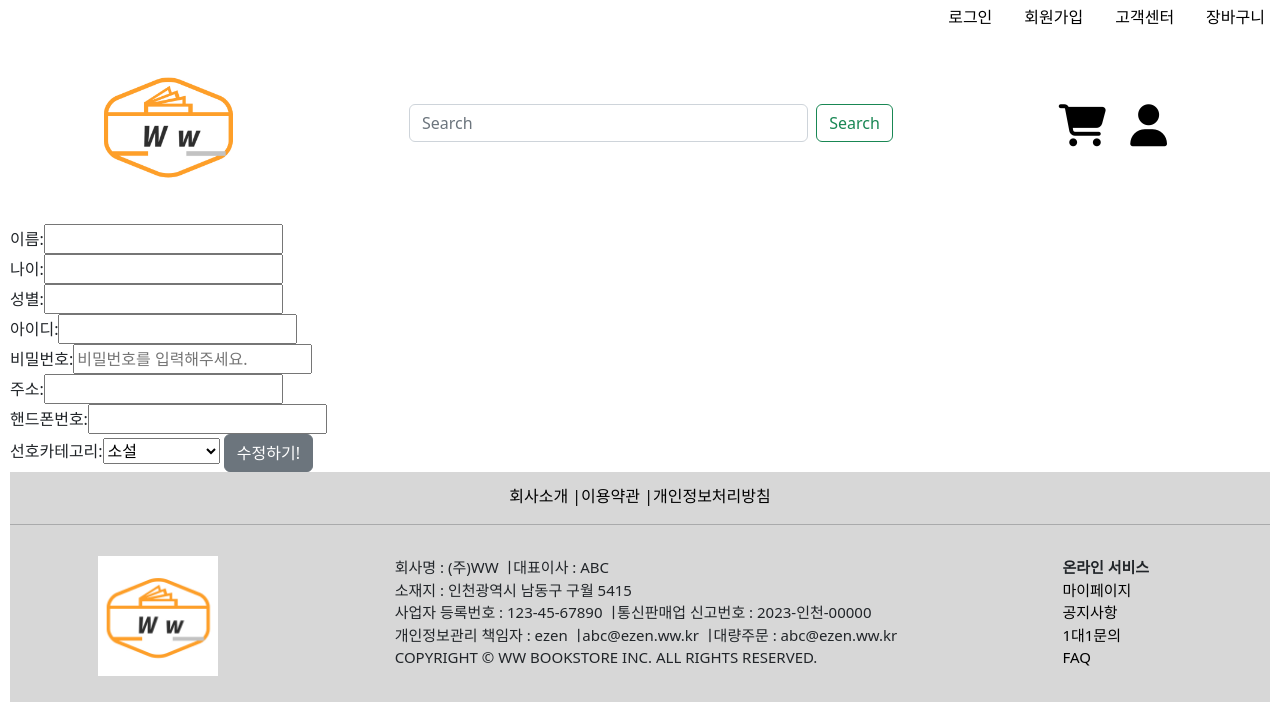
Repository: leehyeonung/project6
Page: http://localhost/book/WEB-INF/views/member/modify.jsp
An editor plug-in stored every save of this project. The page is shown before and after the next save, followed by the edit.
The browser window is 1280 px wide. The pictures show the whole page.
Some web libraries are served in a nearby version. The page is served by Tomcat 9. Nobody is signed in. Other server files are loaded and not shown. The template is opened directly, without the code that normally fills it, so the values that code supplies are empty.

Above is the page before, as saved 2023-01-07 08:01:30.

### book/src/main/webapp/WEB-INF/views/member/modify.jsp
<%@ page language="java" contentType="text/html; charset=UTF-8"
    pageEncoding="UTF-8"%>
<%@ taglib uri="http://java.sun.com/jsp/jstl/core" prefix="c"%>
<!DOCTYPE html>
<html>

<head>
<style type="text/css">
.pw_ok{
color:#008000;
display: none;
}

.pw_rewrite{
color:#ff0000;
display: none;
}
.pw_null{
color:#ff0000;
display: none;
}
</style>

<meta charset="UTF-8">
<!-- CSS only -->
<link href="https://cdn.jsdelivr.net/npm/bootstrap@5.2.2/dist/css/bootstrap.min.css"
rel="stylesheet" integrity="sha384-Zenh87qX5JnK2Jl0vWa8Ck2rdkQ2Bzep5IDxbcnCeuOxjzrPF/et3URy9Bv1WTRi"
crossorigin="anonymous">
<script src="https://kit.fontawesome.com/92e616dfba.js" crossorigin="anonymous"></script>

<title>수정페이지</title>
<link rel="stylesheet" type="text/css" href="/resources/css/main.css">
</head>
<body>
<jsp:include page="../layout/header.jsp"></jsp:include>
<div class="main">
	<form action="/mem/modify" method="post">
		<input type="text" name="mem_num" value="${ses.mem_num}" hidden ><br>
		이름:<input type="text" name="mem_name" value="${ses.mem_name}" readonly ><br>
		나이:<input type="text" name="mem_age" value="${ses.mem_age}" readonly ><br>
		성별:<input type="text" name="mem_gender" value="${ses.mem_gender}" readonly ><br>
		아이디:<input type="text" name="mem_id" value="${ses.mem_id}" readonly ><br>
		비밀번호:<input type="password" name="mem_pw" id="mem_pw" onchange="checkPw()" placeholder="비밀번호를 입력해주세요." required ><br>
		<span class="pw_ok"><i class="fa-solid fa-check"></i></span>
                           <span class="pw_rewrite"><i class="fa-solid fa-x"></i></span>
                           <span class="pw_null"><i class="fa-solid fa-x"></i></span>
		주소:<input type="text" name="mem_ad" value="${ses.mem_ad}" ><br>
		핸드폰번호:<input type="text" name="mem_cell_num" value="${ses.mem_cell_num}" ><br>
		선호카테고리:<select name="mno_cno">
			<option value="소설">소설</option>
			<option value="에쎄이">에쎼이</option>
			<option value="건강/취미">건강/취미</option>
			<option value="컴퓨터/모바일">컴퓨터/모바일</option>
			</select>

		<button type="submit" class="btn btn-secondary">수정하기!</button>
	</form>
	<script src="https://code.jquery.com/jquery-3.4.1.js"></script>
	<script type="text/javascript">
	   function checkPw(){
		   var mem_pw = document.getElementById('mem_pw').value; //id값이 "id"인 입력란의 값을 저장
		   console.log(mem_pw);
		   $.ajax({
		      url:'/mem/pwCheck', //Controller에서 요청 받을 주소
		      type:'post', //POST 방식으로 전달
		      data:{mem_pw:mem_pw},
		      success:function(isOk){ //컨트롤러에서 넘어온 isOK값을 받는다
		         if(isOk == 'pw_ok'){ //ok이면 가입 가능
		            $('.pw_ok').css("display","inline-block");
		            $('.pw_rewrite').css("display", "none"); //정규식 어긋나면
		            $('.pw_null').css("display", "none");
		         }else if(isOk =='pw_null'){//input이 null값임. 입력 요청
		            $('.pw_ok').css("display","none");
		            $('.pw_rewrite').css("display", "none");
		            $('.pw_null').css("display", "inline-block");
		         }
		         else { //중복일 경우
		            $('.pw_ok').css("display", "none");
		            $('.pw_rewrite').css("display","inline-block");
		            $('.pw_null').css("display", "none");
		            // alert("아이디를 다시 입력해주세요");
		            $('#mem_pw').val('');
		         }
		      },
		      error:function(request,status,error){
		      console.log("code:"+request.status+"\n"+"message:"+request.responseText+"\n"+"error:"+error);
		      }

		   });
		   };
	</script>
</div>
<jsp:include page="../layout/footer.jsp"></jsp:include>
</body>
</html>

### book/src/main/webapp/WEB-INF/views/layout/header.jsp
<%@ page language="java" contentType="text/html; charset=UTF-8"
    pageEncoding="UTF-8"%>
<%@ taglib uri="http://java.sun.com/jsp/jstl/core" prefix="c"%>
<!DOCTYPE html>
<html>
<head>
<meta charset="UTF-8">
<title>Insert title here</title>
<!-- CSS only -->
<link href="https://cdn.jsdelivr.net/npm/bootstrap@5.2.2/dist/css/bootstrap.min.css"
rel="stylesheet" integrity="sha384-Zenh87qX5JnK2Jl0vWa8Ck2rdkQ2Bzep5IDxbcnCeuOxjzrPF/et3URy9Bv1WTRi"
crossorigin="anonymous">
<link rel="stylesheet" type="text/css" href="/resources/css/header.css">
</head>
<body>
<div class="header">
    <div class="menu">
        <c:if test="${ses.mem_id ==null}">
        <ul><a href="/mem/loginPage">로그인</a></ul>
        <ul><a href="/mem/joinPage">회원가입</a></ul>
        </c:if>
        <c:if test="${ses.mem_id == 'admin' }">
        <ul><a href="/mem/logOut">로그아웃</a></ul>
        <ul><a href="/mem/adminpage">관리인페이지</a></ul>
        </c:if>
        <c:if test="${ses.mem_id !=null && ses.mem_id !='admin' }">
        <ul><a href="/mem/logOut">로그아웃</a></ul>
        <ul><a href="/mem/mypage">마이페이지</a></ul>
        </c:if>
        <ul><a href="#">고객센터</a></ul>
        <ul><a href="#">장바구니</a></ul>
    </div>
    <div class="bar">
       <div class="logo">
         <a href="/"><img src="/resources/image/logo.jpg" alt="로고"></a>
       </div>
         <div class="searchBar">
            <form class="d-flex" role="search">
                 <input class="form-control me-2" type="search" placeholder="Search" aria-label="Search">
                 <button class="btn btn-outline-success" type="submit">Search</button>
              </form>
         </div>
       <div class="icons">
         <a href=""><i class="fa-solid fa-cart-shopping"></i></a>
            <a href=""><i class="fa-solid fa-user"></i></a>
       </div>
    </div>
</div>
</body>
</html>

### book/src/main/webapp/WEB-INF/views/layout/footer.jsp
<%@ page language="java" contentType="text/html; charset=UTF-8"
   pageEncoding="UTF-8"%>
<!DOCTYPE html>
<html>
<head>
<meta charset="UTF-8">
<title>Insert title here</title>
<link rel="stylesheet" type="text/css" href="/resources/css/footer.css">

</head>

<body>
   <div class="footer">
      <div class="footer-top">
         <ul>
            <li><a href="/introduce">회사소개 | </a></li>
            <li><a href="">이용약관 | </a></li>
            <li><a href="">개인정보처리방침</a></li>
         </ul>
      </div>
      <hr>
      <div class="address">
         <div class="footer-logo">
            <img src="/resources/image/logo.jpg" alt="로고">
         </div>
         <div class="address-box">
            <ul>
               <li>회사명 : (주)WW <span style="margin-right: -7px;">ㅣ</span>
                  대표이사 : ABC
               </li>

               <li>소재지 : 인천광역시 남동구 구월 5415</li>
               <li>사업자 등록번호 : 123-45-67890 <span style="margin-right: -7px;">ㅣ</span>
                  통신판매업 신고번호 : 2023-인천-00000
               </li>

               <li>개인정보관리 책임자 : ezen <span style="margin-right: -7px;">ㅣ</span>
                  abc@ezen.ww.kr <span style="margin-right: -7px;">ㅣ</span> 대량주문 :
                  abc@ezen.ww.kr
               </li>

               <li>COPYRIGHT © WW BOOKSTORE INC. ALL RIGHTS RESERVED.</li>

            </ul>

         </div>
         <div class="online-serviceBar">
            <strong>온라인 서비스</strong>
            <ul>
               <li><a href="">마이페이지</a></li>
               <li><a href="">공지사항</a></li>
               <li><a href="">1대1문의</a></li>
               <li><a href="">FAQ</a></li>
            </ul>
         </div>
      </div>
   </div>

</body>
</html>

### book/src/main/webapp/resources/css/main.css
@charset "UTF-8";

.main{
	width:1260px;
	margin: 0 auto;
}

### book/src/main/webapp/resources/css/header.css
body{
    margin:0 auto;
}
.header{
	margin:0 auto;
    width: 1260px;
    height: 200px;
   /*  background-color: pink; */
}
.menu{
   display: flex;
   justify-content: flex-end;
   padding:5px;

}
.logo{
    width: 150px;
    height: 150px;
    background-color: blue;
}
.logo>a>img{
    width: 150px;
    height: 150px;
}
.searchBar{
   /* position:absolute; */
    width: 484px;
    height: 42px;
    /* background-color: gold; */
    margin-top:54px;
    border-radius: 30px;

}
.bar{

   height: 150px;
   display: flex;
   flex-direction: row;
   flex-wrap:nowrap;
   justify-content:space-around;
/*    align-items: baseline; */


}
i{
    font-size: 42px;
    color: black;
    margin-top:54px;
    margin-right: 20px;
}
</style>

### book/src/main/webapp/resources/css/footer.css
.footer {
   width: 1260px;
   height: 230px;
   background-color: rgba(175, 175, 175, 0.5);
   margin: 0 auto;
}

.footer-logo {

   width: 120px;
   height: 120px;
   background-color: beige;
}
.footer-logo>img{
   width: 120px;
   height: 120px;
}

.address-box {
   text-align: left;
   padding: 0;
   margin: 0;
}

.address {
   padding: 15px;
   height: 150px;
   display: flex;
   font-size: 15px;
   /* align-items: baseline; */
   flex-direction: row;
   flex-wrap: nowrap;
   justify-content: space-around;
}

ul {
   list-style: none;
}

.footer, .address li {

}

.footer-top {
   text-align: center;
   padding-top: 12px;
}

.footer-top>ul {
   margin: 0;
   padding: 0;
   display: flex;
   justify-content: center;
}

.footer-top>li {
   margin: 0;
   padding: 0;
}

a {
   text-decoration-line: none;
   color: black;
}

a:visited {
   text-decoration: none;
}

a:hover {
   text-decoration: none;
}

a:focus {
   text-decoration: none;
}

a:hover, a:active {
   text-decoration: none;
}

.online-serviceBar {
   padding: 0px;
   margin-left: 20px;
   width: 120px;
   height: 120px;
}

.online-serviceBar>ul {
   margin: 0px;
   padding: 0px;
}

</style>

After the next save:
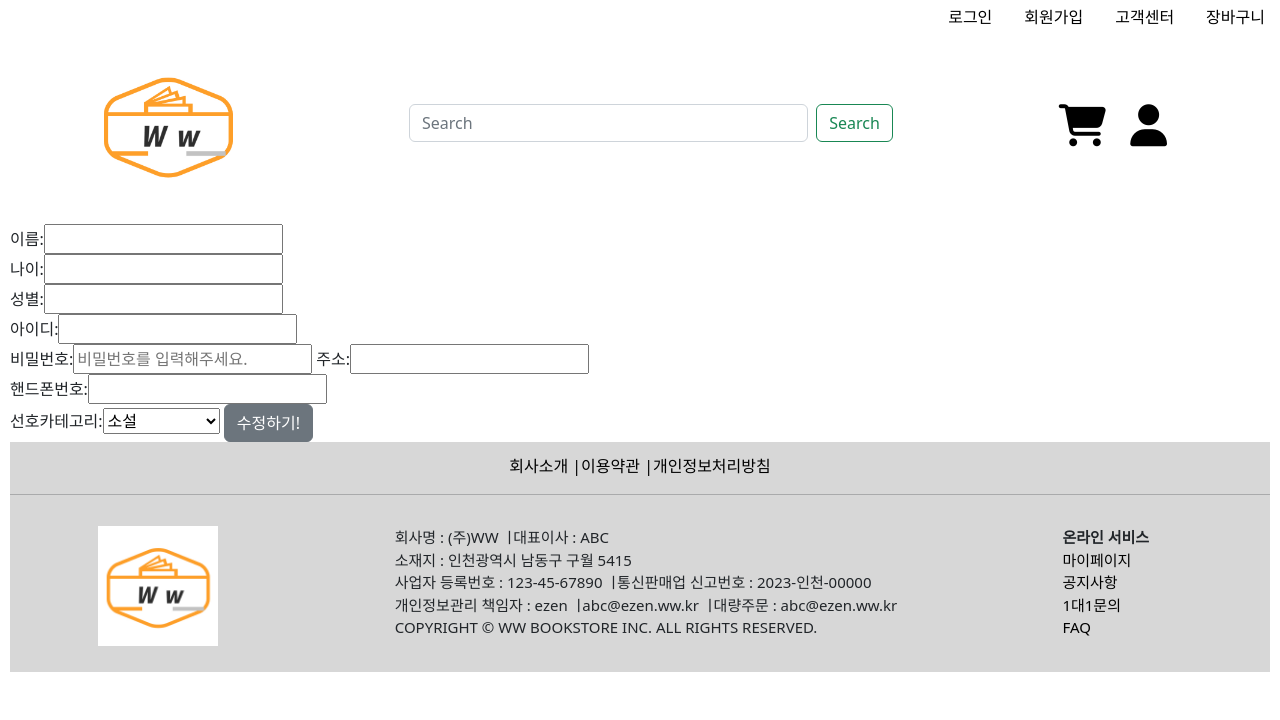
Saved 110 s later.
--- a/book/src/main/webapp/WEB-INF/views/member/modify.jsp
+++ b/book/src/main/webapp/WEB-INF/views/member/modify.jsp
@@ -40,7 +40,7 @@
 		나이:<input type="text" name="mem_age" value="${ses.mem_age}" readonly ><br>
 		성별:<input type="text" name="mem_gender" value="${ses.mem_gender}" readonly ><br>
 		아이디:<input type="text" name="mem_id" value="${ses.mem_id}" readonly ><br>
-		비밀번호:<input type="password" name="mem_pw" id="mem_pw" onchange="checkPw()" placeholder="비밀번호를 입력해주세요." required ><br>
+		비밀번호:<input type="password" name="mem_pw" id="mem_pw" onchange="checkPw()" placeholder="비밀번호를 입력해주세요." required >
 		<span class="pw_ok"><i class="fa-solid fa-check"></i></span>
                            <span class="pw_rewrite"><i class="fa-solid fa-x"></i></span>
                            <span class="pw_null"><i class="fa-solid fa-x"></i></span>

After the save that followed:
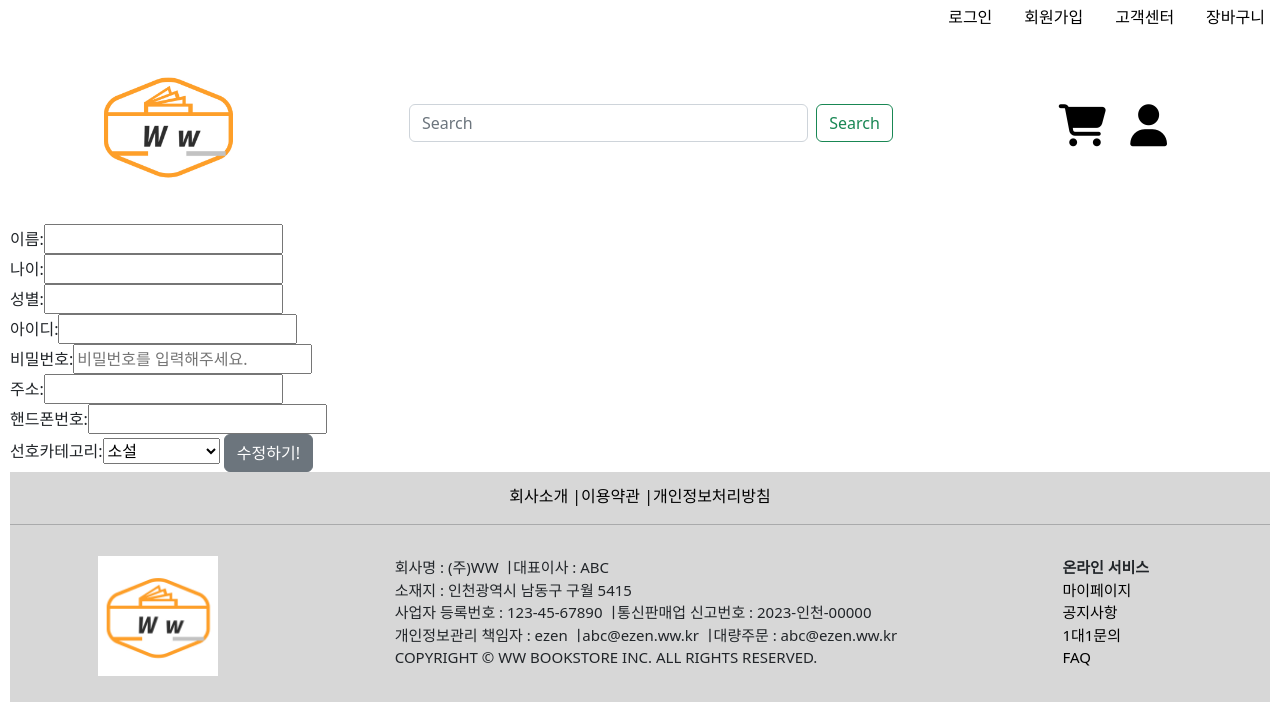
Saved 28 s later.
--- a/book/src/main/webapp/WEB-INF/views/member/modify.jsp
+++ b/book/src/main/webapp/WEB-INF/views/member/modify.jsp
@@ -43,7 +43,7 @@
 		비밀번호:<input type="password" name="mem_pw" id="mem_pw" onchange="checkPw()" placeholder="비밀번호를 입력해주세요." required >
 		<span class="pw_ok"><i class="fa-solid fa-check"></i></span>
                            <span class="pw_rewrite"><i class="fa-solid fa-x"></i></span>
-                           <span class="pw_null"><i class="fa-solid fa-x"></i></span>
+                           <span class="pw_null"><i class="fa-solid fa-x"></i></span><br>
 		주소:<input type="text" name="mem_ad" value="${ses.mem_ad}" ><br>
 		핸드폰번호:<input type="text" name="mem_cell_num" value="${ses.mem_cell_num}" ><br>
 		선호카테고리:<select name="mno_cno">
